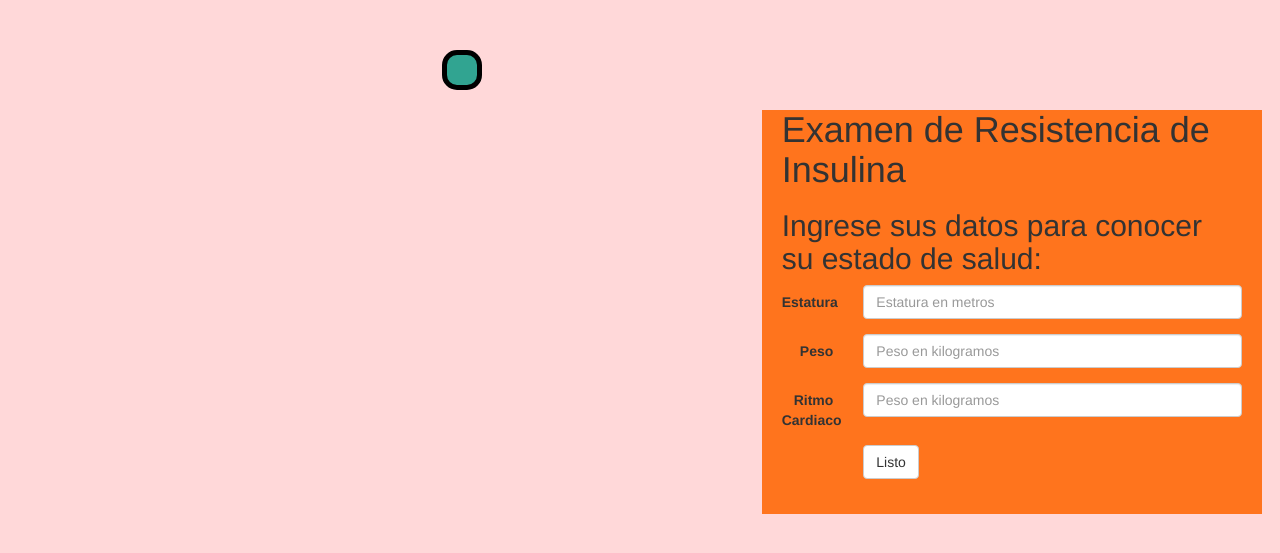
Repository: GabrielAvilesR/GabrielAvilesR.github.io
Page: Tru-Health/Tru-Health/index.html
The author's editor kept a copy of each file at every save. The page is drawn from the files as they stood at one save, then again after the next save.
The browser window is 1280 px wide. The pictures show the whole page.
Some web fonts or font styles are not loaded; a fallback is used. Some web libraries are served in a nearby version.

Above is the page before, as saved 2014-04-05 20:40:35.

### Tru-Health/Tru-Health/index.html
<!DOCTYPE html>
<html lang="en">
  <head>
    <meta charset="utf-8">
    <meta http-equiv="X-UA-Compatible" content="IE=edge">
    <meta name="viewport" content="width=device-width, initial-scale=1">
    <title>Tru-Health</title>

    <!-- Bootstrap -->
    <link href="css/bootstrap.min.css" rel="stylesheet">
	<link href="css/micss.css" rel="stylesheet">
	<link href='http://fonts.googleapis.com/css?family=Sonsie+One' rel='stylesheet' type='text/css'>
    <!-- HTML5 Shim and Respond.js IE8 support of HTML5 elements and media queries -->
    <!-- WARNING: Respond.js doesn't work if you view the page via file:// -->
    <!--[if lt IE 9]>
      <script src="https://oss.maxcdn.com/libs/html5shiv/3.7.0/html5shiv.js"></script>
      <script src="https://oss.maxcdn.com/libs/respond.js/1.4.2/respond.min.js"></script>
    <![endif]-->
  </head>
  <body>
    <div class="container-fluid">
    	<div class="row">
    		<div class="col-md-5 col-md-offset-4">
    		<img id="Head" img/logo-inicio.png">
    		</div>
    	</div>
    	<div class="row">
    		<div class="col-md-7">

    		</div>
    		<div class ="col-md-5">
    			<div id="mediform">
    				<h1 id="tituloform">Examen de Resistencia de Insulina</h1>
    				<h2 id="subtituloform">Ingrese sus datos para conocer su estado de salud:</h2>
<form class="form-horizontal" role="form">
  <div class="form-group">
    <label for="Height" class="col-sm-2 control-label">Estatura</label>
    <div class="col-sm-10">
      <input type="number" class="form-control" id="Height" placeholder="Estatura en metros">
    </div>
  </div>
  <div class="form-group">
    <label for="Weight" class="col-sm-2 control-label">Peso</label>
    <div class="col-sm-10">
      <input type="number" class="form-control" id="Weight" placeholder="Peso en kilogramos">
    </div>
  </div>
   <div class="form-group">
    <label for="RitmoCardiaco" class="col-sm-2 control-label">Ritmo Cardiaco</label>
    <div class="col-sm-10">
      <input type="number" class="form-control" id="Weight" placeholder="Peso en kilogramos">
    </div>
  </div>
  <div class="form-group">
    <div class="col-sm-offset-2 col-sm-10">
      <button type="submit" class="btn btn-default">Listo</button>
    </div>
  </div>
</form>
    			</div>
    		</div>
    	</div>
    </div>

    <!-- jQuery (necessary for Bootstrap's JavaScript plugins) -->
    <script src="https://ajax.googleapis.com/ajax/libs/jquery/1.11.0/jquery.min.js"></script>
    <!-- Include all compiled plugins (below), or include individual files as needed -->
    <script src="js/bootstrap.min.js"></script>
  </body>
</html>

### Tru-Health/Tru-Health/css/micss.css

body{
	background-color:#FFD8D9;
}
#mediform{
	background-color: #FF741D;
	width: 500px;
	padding: 20px;
	padding-top: 0px;
}
#Head{
	position:relative;
	top:50px;
	margin: 0px auto;
	margin-bottom:50px;
	border: 5px black solid;
	border-radius:15px;
	padding:15px;
	text-align: center;
	background-color: #31A491;
	font-family: 'Sonsie One', cursive;
	font-weight:bolder;
	color:black;
	font-size:45px;
}
#tru{
	color: red;
}
#tituloform{

}
#subtituloform{

}

Loaded but not shown: Tru-Health/Tru-Health/css/bootstrap.min.css (library); Tru-Health/Tru-Health/js/bootstrap.min.js (library)

After the next save:
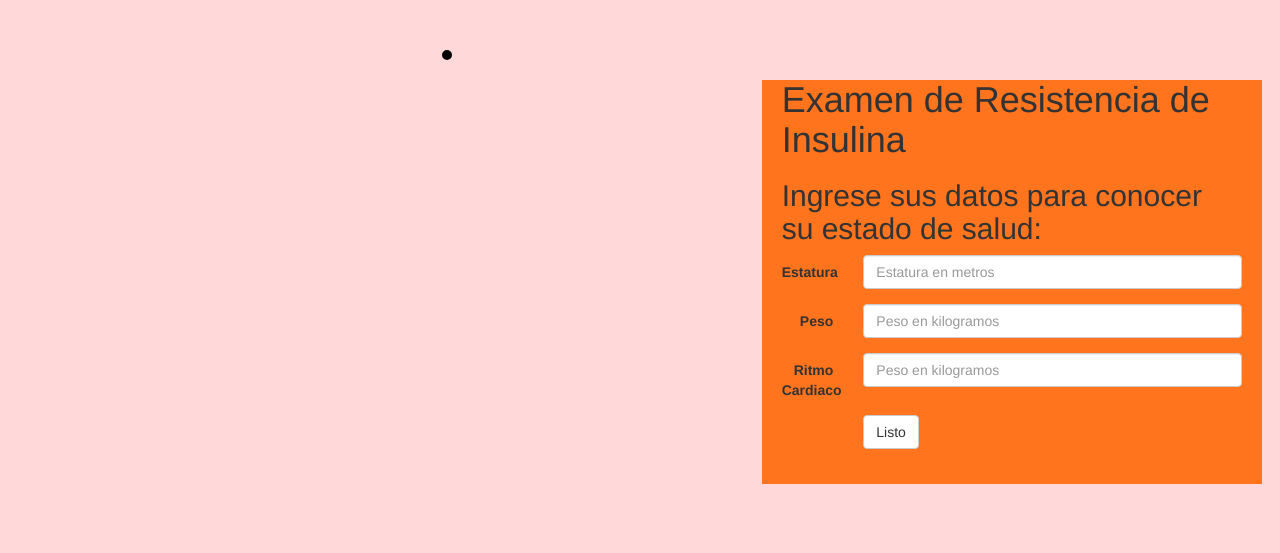
Saved 40 s later.
--- a/Tru-Health/Tru-Health/css/micss.css
+++ b/Tru-Health/Tru-Health/css/micss.css
@@ -15,17 +15,9 @@
 	margin-bottom:50px;
 	border: 5px black solid;
 	border-radius:15px;
-	padding:15px;
-	text-align: center;
-	background-color: #31A491;
-	font-family: 'Sonsie One', cursive;
-	font-weight:bolder;
-	color:black;
-	font-size:45px;
+
 }
-#tru{
-	color: red;
-}
+
 #tituloform{
 
 }
